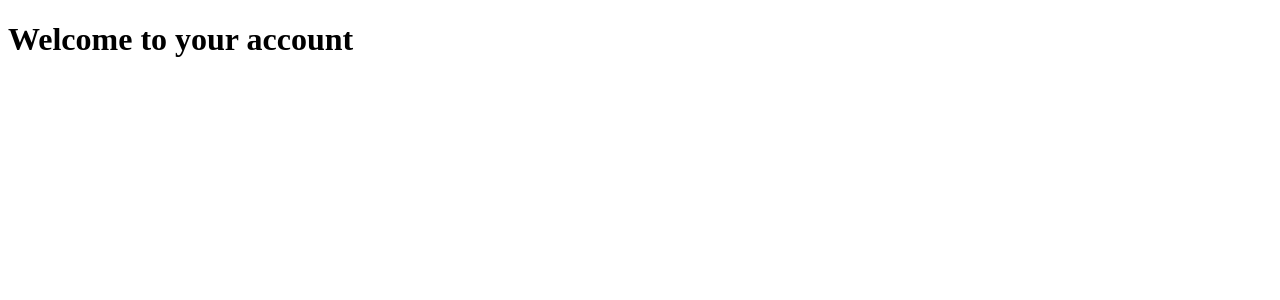
Repository: KGDarshan/BankApplication
Page: CaravanBanking/WebContent/Home.html
These files come from the project's save history. The page is drawn as it stood at one moment and after the next save; the edit follows.
The browser window is 1280 px wide. The pictures show the whole page.

Above is the page before, as saved 2020-10-09 06:56:20.

After the next save:
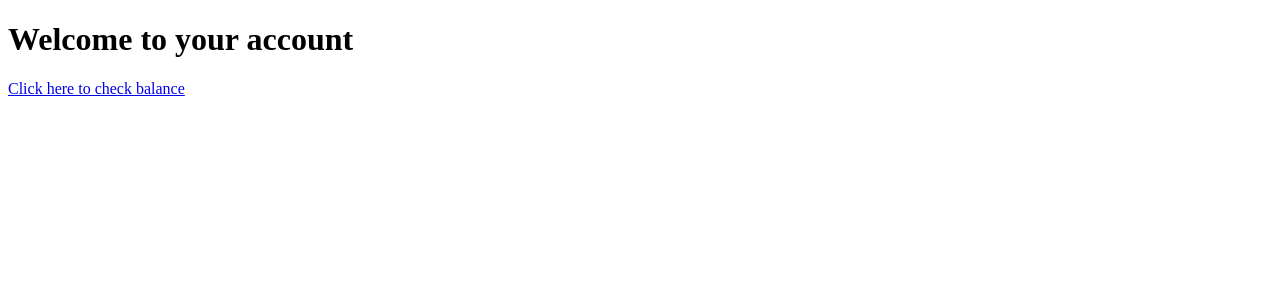
Saved 74 min 49 s later.
--- a/CaravanBanking/WebContent/Home.html
+++ b/CaravanBanking/WebContent/Home.html
@@ -6,5 +6,6 @@
 </head>
 <body>
 	<h1>Welcome to your account</h1>
+	<a href="Checkbalance.java">Click here to check balance</a>
 </body>
 </html>
